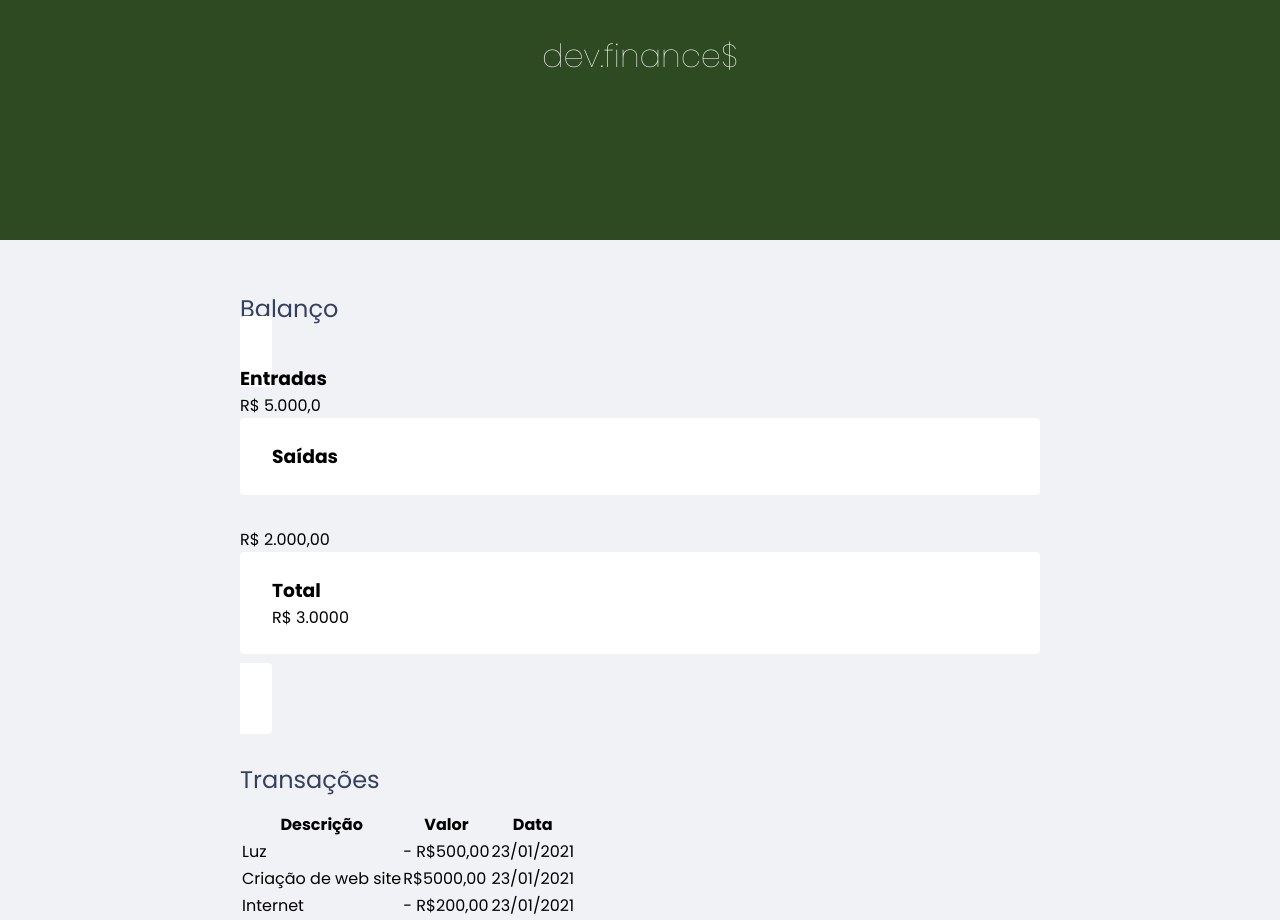
Repository: rafaelmgr12/maratona-dev01
Page: index.html
An editor plug-in stored every save of this project. The page is shown before and after a run of saves, followed by the edit.
The browser window is 1280 px wide. The pictures show the whole page.

Above is the page before, as saved 2021-04-26 20:32:54.

After the next 2 saves:
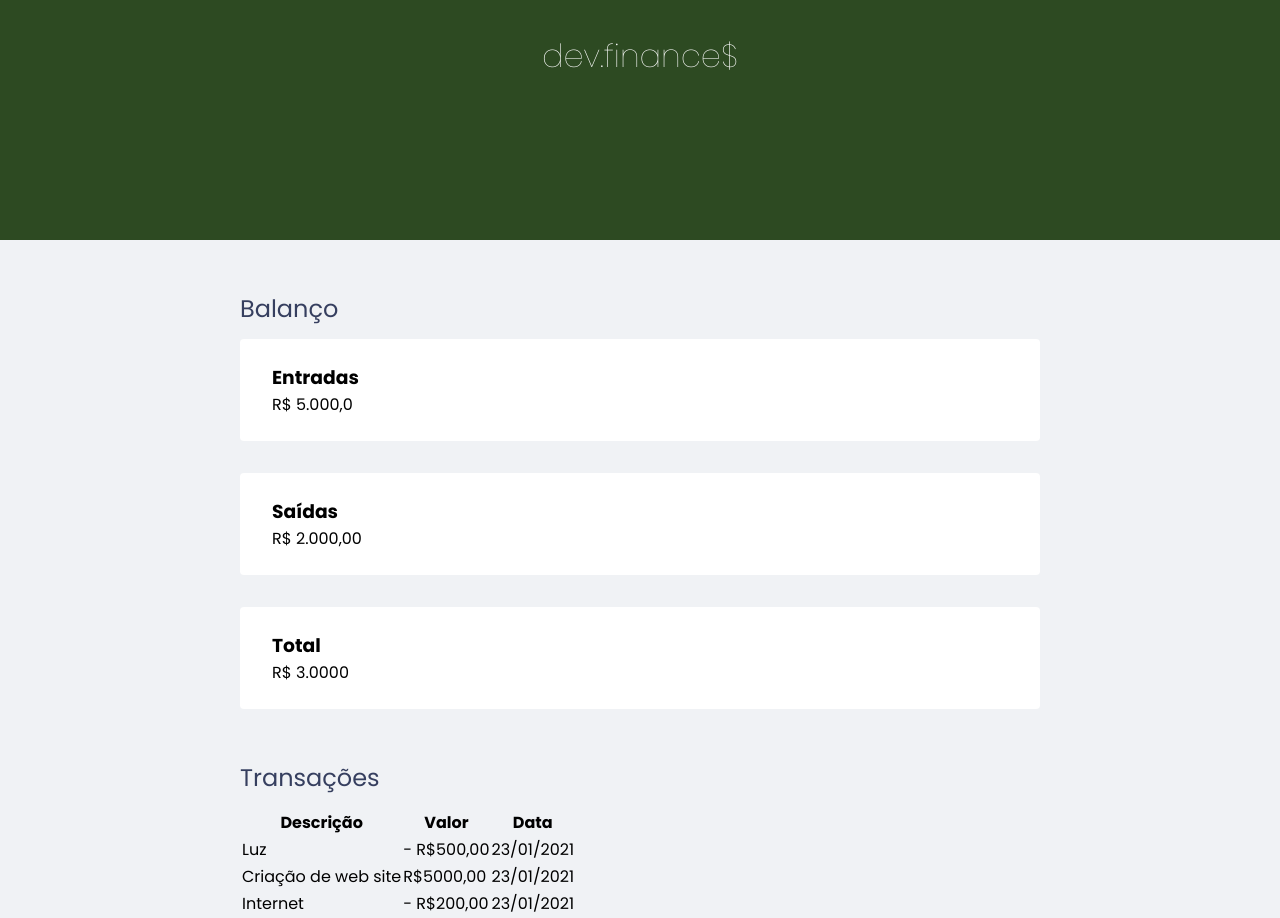
The 2 saves are shown as one change because they came seconds apart.
The last was saved 12 s later.
--- a/index.html
+++ b/index.html
@@ -14,12 +14,12 @@
     <main class = "container">
       <section id="balance">
         <h2>Balanço</h2>
-        <divc class = "card">
+        <div class = "card">
           <h3>Entradas</h3>
           <p>R$ 5.000,0</p>
         </div>
-        <div>
-          <h3 class = "card">Saídas</h3>
+        <div class = "card">
+          <h3>Saídas</h3>
           <p>R$ 2.000,00</p>
         </div>
         <div class="card">
